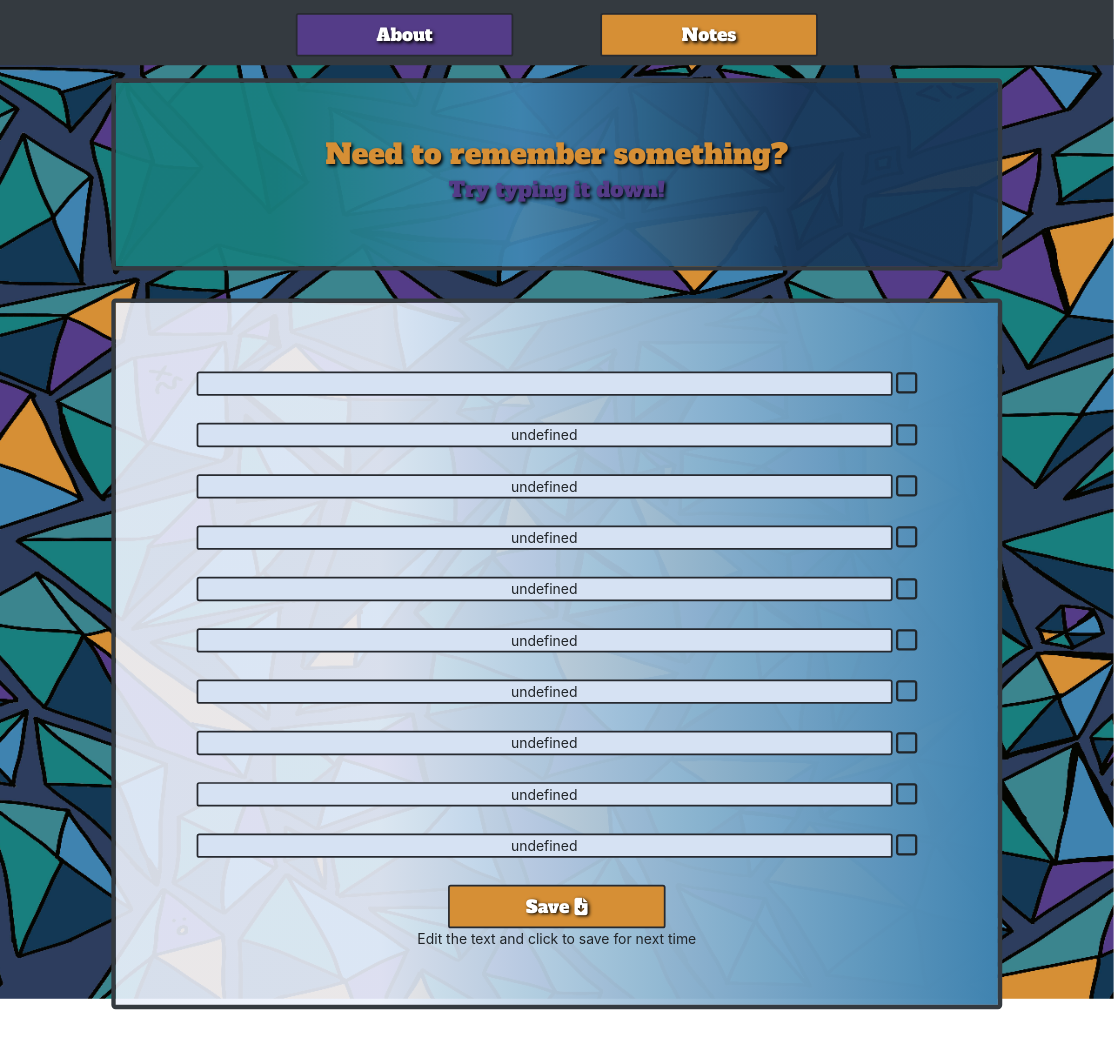
Repository: Kamicoda/Mynote
Page: index.html
The author's editor kept a record of every edit. The page is drawn from the files as they stood at one moment, then again after the next edit.
The browser window is 1280 px wide. The pictures show the whole page, at 87% of full size.
Backgrounds fixed to the window are drawn as part of the page. Some web fonts or font styles are not loaded; a fallback is used. Some web libraries are served in a nearby version.

Above is the page before.

### index.html
<!DOCTYPE html>
<html lang="en">

<head>
    <meta charset="UTF-8">
    <meta name="viewport" content="width=device-width, initial-scale=1.0">
    <meta http-equiv="X-UA-Compatible" content="ie=edge">
    <title>Document</title>


    <!--Bootstrap-->
    <link rel="stylesheet" href="https://maxcdn.bootstrapcdn.com/bootstrap/4.2.1/css/bootstrap.min.css" type="text/css" />
    <link rel="stylesheet" href="https://cdnjs.cloudflare.com/ajax/libs/hover.css/2.3.1/css/hover-min.css" type="text/css" />
    <!--Css-->
    <link rel="stylesheet" href="assets/style/style.css" type="text/css" />
    <link href="https://fonts.googleapis.com/css?family=Alfa+Slab+One&display=swap" rel="stylesheet">
    <!--Jquery-->
    <script src="https://code.jquery.com/jquery-3.4.1.min.js" integrity="sha256-CSXorXvZcTkaix6Yvo6HppcZGetbYMGWSFlBw8HfCJo=" crossorigin="anonymous"></script>

    <!--Scripts-->
    <script src="https://kit.fontawesome.com/06adabaaa3.js"></script>
    <script type="text/javascript" src="assets/js/script1.js"></script>
    <script type="text/javascript" src="assets/js/script2.js"></script>


</head>

<body class="bgbody" onload="checkEdits()">

    <!--navigation-->
    <div class="container-fluid bg-dark">
        <ul class="nav justify-content-center w-100">
            <li class="nav-item">
                <button id="aboutNav" type="button" class="btn btn-secondary btn-lg border border-light">About</button>
            </li>
            <li class="nav-item">
                <button id="notesNav" type="button" class="btn btn-primary btn-lg border border-light">Notes</button>
            </li>

        </ul>
    </div>

    <div class="jumbotron border border-dark header bg-grey mx-auto">
        <div class="row">
            <div id="headerwelcome" class="col-12">
                <h2 class="fancytext"> Need to remember something?</h2>
                <h4 class="fancytextsm">Try typing it down!</h4>
            </div>

            <div id="headerabout" class="col-12">
                <h2 class="fancytext"> Aboot, Abouut, Abuuut!</h2>
                <h4 class="fancytextsm">have a quick read</h4>
            </div>

            <div id="headernotes" class="col-12">
                <h2 class="fancytext"> Don't forget to not forget!</h2>
                <h4 class="fancytextsm">Also don't forget to keep it stupidly simple</h4>
            </div>
        </div>
    </div>

    <div class="jumbotron border border-dark cont header mx-auto">
        <div class="container-flex">


            <section id="aboutSec">
                <div class="row">
                    <div class="col-12">
                        <p>here to help you remember!</p>
                        <div class="row">
                            <div class="col-6">
                                <p>this website should make writing things down a little easier there are a few features to be added at some point,
                                but less off that just remember keep calm and make it concice youll get through whatever you need notes for! </p>
                                <hr class="my-2">
                                <p> to use simply type your note and hit save, thats it it will save a note to your local browser storage like how google autofills things for you.</p>
                            </div>
                            <div class="col-4">
                                <div class="catnote"></div>
                                <p>Don't end up like cat note!</p>
                            </div>
                        </div>
                    </div>
                </div>
        </div>
        </section>

        <section id="notesSec">
            <div class="row">

                <div class="col-12">
                    <div id="editList" class="row">

                        <div class="col-12">
                            <p id="edit" contenteditable="true" class="editableP border border-light"></p>
                            <div id="checkBox" class="checkbox">
                                <i id="fasquare" class="far fa-square"></i>
                                <i id="fabox" class="far fa-check-square"></i>
                            </div>
                        </div>

                        <div class="col-12">
                            <p id="edit1" contenteditable="true" class="editableP border border-light"></p>
                            <div id="checkBox1" class="checkbox">
                                <i id="fasquare1" class="far fa-square"></i>
                                <i id="fabox1" class="far fa-check-square"></i>
                            </div>
                        </div>

                        <div class="col-12">
                            <p id="edit2" contenteditable="true" class="editableP border border-light"></p>
                            <div id="checkBox2" class="checkbox">
                                <i id="fasquare2" class="far fa-square"></i>
                                <i id="fabox2" class="far fa-check-square"></i>
                            </div>
                        </div>

                        <div class="col-12">
                            <p id="edit3" contenteditable="true" class="editableP border border-light"></p>
                            <div id="checkBox3" class="checkbox">
                                <i id="fasquare3" class="far fa-square"></i>
                                <i id="fabox3" class="far fa-check-square"></i>
                            </div>
                        </div>

                        <div class="col-12">
                            <p id="edit4" contenteditable="true" class="editableP border border-light"></p>
                            <div id="checkBox4" class="checkbox">
                                <i id="fasquare4" class="far fa-square"></i>
                                <i id="fabox4" class="far fa-check-square"></i>
                            </div>
                        </div>

                        <div class="col-12">
                            <p id="edit5" contenteditable="true" class="editableP border border-light"></p>
                            <div id="checkBox5" class="checkbox">
                                <i id="fasquare5" class="far fa-square"></i>
                                <i id="fabox5" class="far fa-check-square"></i>
                            </div>
                        </div>

                        <div class="col-12">
                            <p id="edit6" contenteditable="true" class="editableP border border-light"></p>
                            <div id="checkBox6" class="checkbox">
                                <i id="fasquare6" class="far fa-square"></i>
                                <i id="fabox6" class="far fa-check-square"></i>
                            </div>
                        </div>

                        <div class="col-12">
                            <p id="edit7" contenteditable="true" class="editableP border border-light"></p>
                            <div id="checkBox7" class="checkbox">
                                <i id="fasquare7" class="far fa-square"></i>
                                <i id="fabox7" class="far fa-check-square"></i>
                            </div>
                        </div>

                        <div class="col-12">
                            <p id="edit8" contenteditable="true" class="editableP border border-light"></p>
                            <div id="checkBox8" class="checkbox">
                                <i id="fasquare8" class="far fa-square"></i>
                                <i id="fabox8" class="far fa-check-square"></i>
                            </div>
                        </div>

                        <div class="col-12">
                            <p id="edit9" contenteditable="true" class="editableP border border-light"></p>
                            <div id="checkBox9" class="checkbox">
                                <i id="fasquare9" class="far fa-square"></i>
                                <i id="fabox9" class="far fa-check-square"></i>
                            </div>

                            <div>
                                <button type="button " onclick="save()" class="btn btn-primary btn-lg border border-light saveButton">Save
                        <i class="fas fa-file-download"></i></button>
                            </div>

                            <div id="update"> Edit the text and click to save for next time </div>
                        </div>
                    </div>
                </div>
            </div>
        </section>
    </div>

</body>
<footer>

</footer>

</html>

### assets/style/style.css
@import url('https://fonts.googleapis.com/css?family=Roboto:100,200,300,400,500,600,700|Exo:100,200,300,400,500,600,700|Six Caps:100,200,300,400,500,600,700');

/*Colors*/

.bg-dark {
    background-color: rgba(39, 42, 48, 1);
}

.bg-grey {
    background: rgb(24, 127, 126);
    background: linear-gradient(90deg, rgba(24, 127, 126, 0.95) 18%, rgba(63, 131, 176, 0.95) 46%, rgba(25, 56, 90, 0.95) 77%);
}

.bg-light {
    background-color: rgba(72, 63, 57, 0.5);

}

/*background*/

.border-dark {
    margin-top: 15px;
    border-width: 5px !important;
    border-bottom-style: solid;
    border-color: rgba(39, 42, 48, 1);
}

.border-light {
    margin-top: 15px;
    border-width: 2px !important;
    border-bottom-style: solid;
    border-color: rgba(39, 42, 48, 1) !important;
    border-radius: 3px;
}

.bgbody {
    background: url("notesBg.jpg");
    Margin: 0;
    background-position: center;
    background-repeat: no-repeat;
    background-attachment: fixed;
    z-index: -1;
}

.catnote {
    background: url("catnote.jpg");
    width: 300px;
    height: 218px;
    background-position: center;
}

.navigationbackground {
    position: fixed;
    height: 100%;
    width: 100%;
}

.nav-item {
    margin-left: 50px;
    margin-right: 50px;
    margin-bottom: 10px;
}

.btn {
    border-radius: 0;
    width: 250px;
    border-radius: 3px;
    font-family: 'Alfa Slab One', cursive;
    text-shadow: 2px 2px 4px #000000;
}

.btn-primary {
    background-color: #d68f35;
}

.btn-primary:hover {
    color: #fff;
    background-color: #ffad44;
}

.btn-primary.focus,
.btn-primary:focus {
    box-shadow: 0 0 0 0.2rem rgb(243, 187, 116);
}

.btn-primary:not(:disabled):not(.disabled):active,
.show>.btn-primary.dropdown-toggle {
    color: #fff;
    background-color: #d68f35;
    border-color: #d68f35;
}

.btn-secondary {
    background-color: #543c88;
}

.btn-secondary:hover {
    color: #fff;
    background-color: #6a42bf;
}

.btn-secondary.focus, .btn-secondary:focus {
    box-shadow: 0 0 0 0.2rem rgb(84, 60, 136);
}

.btn-secondary:not(:disabled):not(.disabled):active,
.show>.btn-secondary.dropdown-toggle {
    color: #fff;
    background-color: #543c88;
}

.header {
    text-align: center;
    width: 80%;

}

.editableP {
    padding: 5;
    background-color: rgba(214, 226, 243, 1);
    display: inline-block;
    width: 800px;
}

.cont {
    background: rgb(236, 241, 252);
    background: linear-gradient(90deg, rgba(236, 241, 252, 0.9) 30%, rgba(63, 131, 176, 1) 100%);

}


.ul .li {
    list-style: none;
}

.checkbox {
    font-size: 28px;
    display: inline-block;
    transform: translate(0px,4px);
}

.fancytext {
    font-family: 'Alfa Slab One', cursive;
    color: #d68f35;
    text-shadow: 2px 2px 4px #000000;
}

.fancytextsm {
    font-family: 'Alfa Slab One', cursive;
    color: #543c88;
    text-shadow: 2px 2px 4px #000000;
}

### assets/js/script1.js
//Buttons
$(document).ready(function() {

    $('#aboutSec').toggle();
    $('#notesSec').show();
    $('#gamesSec').toggle();
    $('#linksSec').toggle();
    $('.fa-check-square').toggle();
    $('#headerwelcome').show();
    $('#headerabout').toggle();
    $('#headernotes').toggle();

    //$('#item').toggle();
    //$('#item1').toggle();
    //$('#item2').toggle();

    $('#aboutNav').on('click', function() {
        $('#aboutSec').show(1000);
        $('#notesSec').hide(1000);
        $('#headerwelcome').hide();
        $('#headerabout').show();
        $('#headernotes').hide();
    });

    $('#notesNav').on('click', function() {
        $('#notesSec').show(1000);
        $('#aboutSec').hide(1000);
        $('#headerwelcome').hide();
        $('#headernotes').show();
        $('#headerabout').hide();

    });

    $('#checkBox').on('click', function() {
        $('#fasquare').toggle();
        $('#fabox').toggle();
    });

    $('#checkBox1').on('click', function() {
        $('#fasquare1').toggle();
        $('#fabox1').toggle();
    });

    $('#checkBox2').on('click', function() {
        $('#fasquare2').toggle();
        $('#fabox2').toggle();
    });

    $('#checkBox3').on('click', function() {
        $('#fasquare3').toggle();
        $('#fabox3').toggle();
    });

    $('#checkBox4').on('click', function() {
        $('#fasquare4').toggle();
        $('#fabox4').toggle();
    });

    $('#checkBox5').on('click', function() {
        $('#fasquare5').toggle();
        $('#fabox5').toggle();
    });

    $('#checkBox6').on('click', function() {
        $('#fasquare6').toggle();
        $('#fabox6').toggle();
    });

    $('#checkBox7').on('click', function() {
        $('#fasquare7').toggle();
        $('#fabox7').toggle();
    });

    $('#checkBox8').on('click', function() {
        $('#fasquare8').toggle();
        $('#fabox8').toggle();
    });

    $('#checkBox9').on('click', function() {
        $('#fasquare9').toggle();
        $('#fabox9').toggle();
    });


    // $('#new').on('click', function() {
    //  count += 1;
    //  $('#item' + count).show()
    //$('#editList').append(`<p id="edit` + count + `" contenteditable="true" class="editableP"></p><button type="button " onclick="save`+ count +`()" class="saveButton">Save
    // <i class="fas fa-file-download"></i></button>`);

    // });
});

// this is adding numbers to the ID "edit"
var count = 0;

### assets/js/script2.js

function save() {
localStorage.userEdits = document.getElementById("edit").innerText;
localStorage.userEdits1 = document.getElementById("edit1").innerText;
localStorage.userEdits2 = document.getElementById("edit2").innerText;
localStorage.userEdits3 = document.getElementById("edit3").innerText;
localStorage.userEdits4 = document.getElementById("edit4").innerText;
localStorage.userEdits5 = document.getElementById("edit5").innerText;
localStorage.userEdits6 = document.getElementById("edit6").innerText;
localStorage.userEdits7 = document.getElementById("edit7").innerText;
localStorage.userEdits8 = document.getElementById("edit8").innerText;
localStorage.userEdits9 = document.getElementById("edit9").innerText;

document.getElementById("update").innerHTML="Edits saved!";
}

function checkEdits() {

if(localStorage.userEdits!=null)
document.getElementById("edit").innerHTML = localStorage.userEdits;
document.getElementById("edit1").innerHTML = localStorage.userEdits1;
document.getElementById("edit2").innerHTML = localStorage.userEdits2;
document.getElementById("edit3").innerHTML = localStorage.userEdits3;
document.getElementById("edit4").innerHTML = localStorage.userEdits4;
document.getElementById("edit5").innerHTML = localStorage.userEdits5;
document.getElementById("edit6").innerHTML = localStorage.userEdits6;
document.getElementById("edit7").innerHTML = localStorage.userEdits7;
document.getElementById("edit8").innerHTML = localStorage.userEdits8;
document.getElementById("edit9").innerHTML = localStorage.userEdits9;
}

//original code idea from https://www.developerdrive.com/allowing-users-to-edit-text-content-with-html5/
//with some tweaking


//

After the next edit:
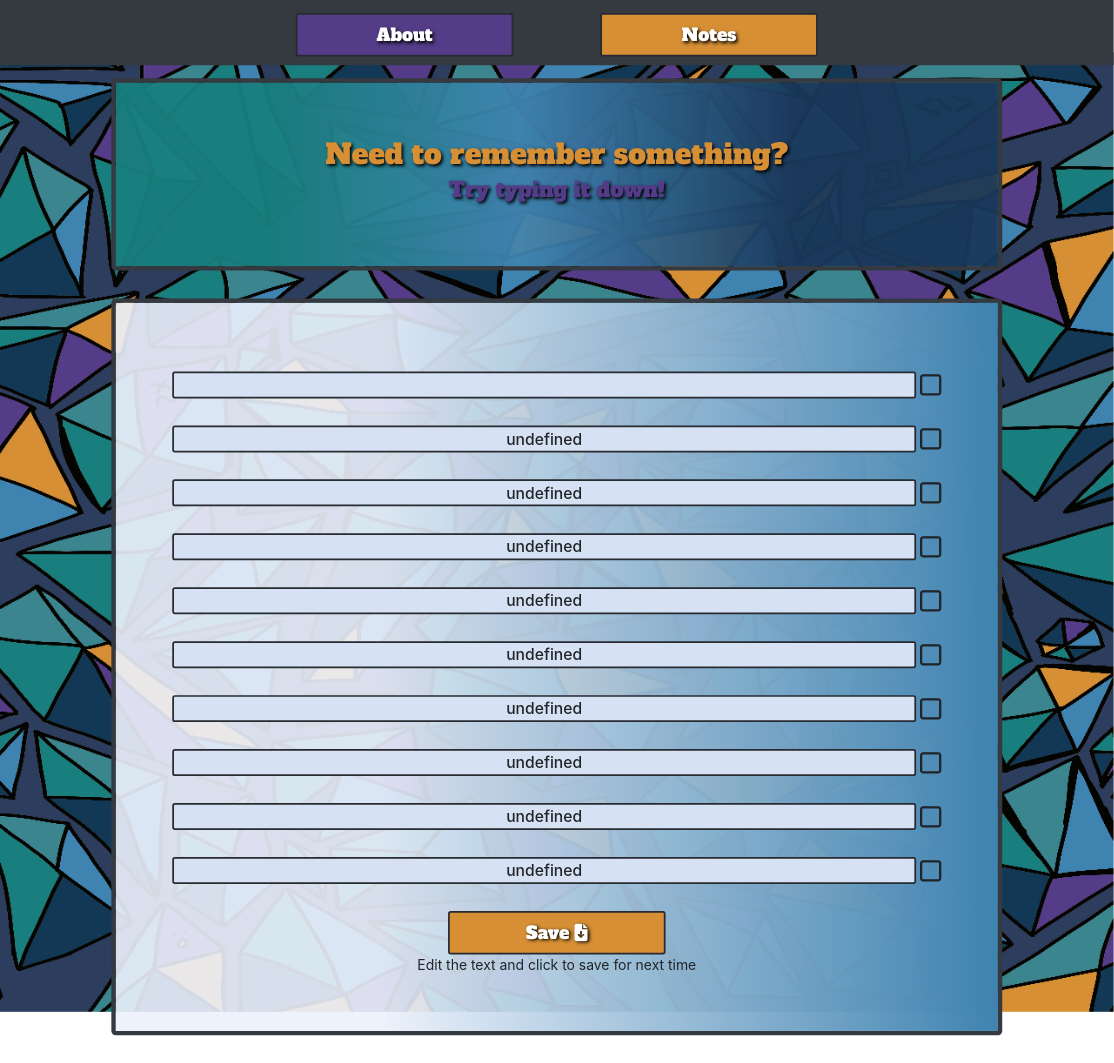
The edit:
--- a/assets/style/style.css
+++ b/assets/style/style.css
@@ -119,7 +119,9 @@
     padding: 5;
     background-color: rgba(214, 226, 243, 1);
     display: inline-block;
-    width: 800px;
+    font-size: large;
+    font-weight: 500;
+    width: 90%;
 }
 
 .cont {
